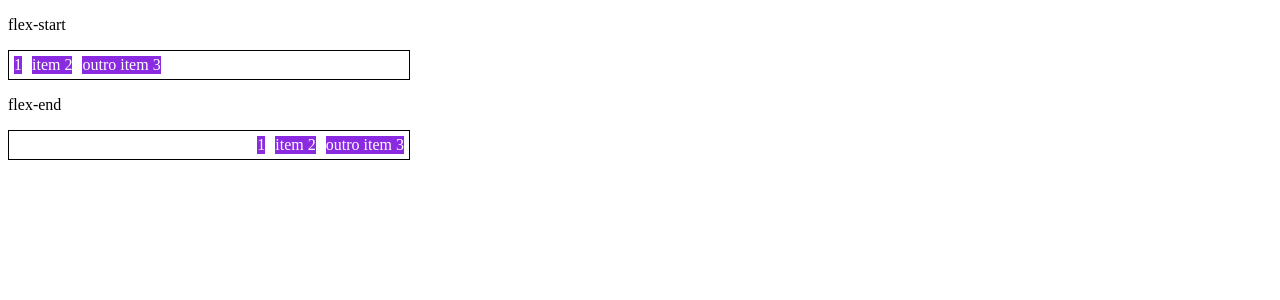
Repository: gabrielbino/projects-dio
Page: Flexbox/@justify-content.html
These files come from the project's save history. The page is drawn as it stood at one moment and after the next save; the edit follows.
The browser window is 1280 px wide. The pictures show the whole page.

Above is the page before, as saved 2021-10-22 17:36:55.

After the next save:
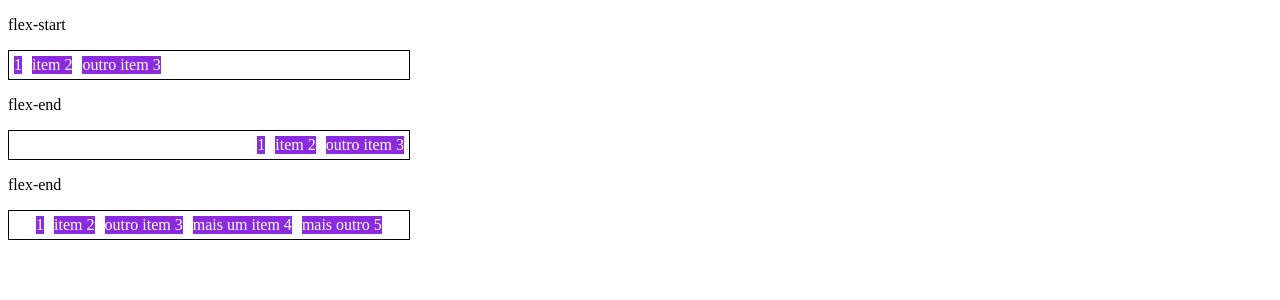
Saved 96 s later.
--- a/Flexbox/@justify-content.html
+++ b/Flexbox/@justify-content.html
@@ -27,6 +27,10 @@
       .flexEnd {
         justify-content: flex-end;
       }
+
+      .center {
+        justify-content: center;
+      }
     </style>
   </head>
   <body>
@@ -43,5 +47,14 @@
       <div class="item">item 2</div>
       <div class="item">outro item 3</div>
     </section>
+
+    <p>flex-end</p>
+    <section class="container center">
+      <div class="item">1</div>
+      <div class="item">item 2</div>
+      <div class="item">outro item 3</div>
+      <div class="item">mais um item 4</div>
+      <div class="item">mais outro 5</div>
+    </section>
   </body>
 </html>
